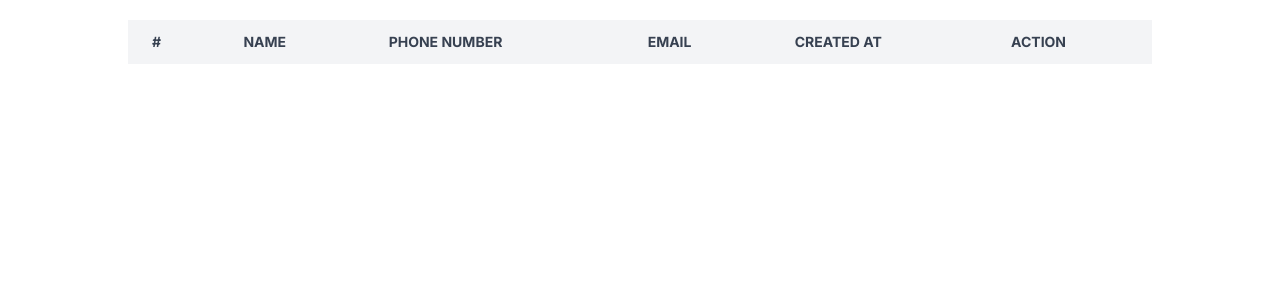
Repository: KilluaProject/crud-nextjs14
Page: /contacts
An editor plug-in stored every save of this project. The page is shown before and after the next save, followed by the edit.
The browser window is 1280 px wide. The pictures show the whole page.
The project was rebuilt for these pictures with package versions that can differ from the ones it lists, and the page was loaded fresh each time. The framework's server and built-in components were replaced by stand-ins that run in the browser. Also part of the build but not shown: next.config.mjs.

Above is the page before, as saved 2024-06-30 11:32:43.

After the next save:
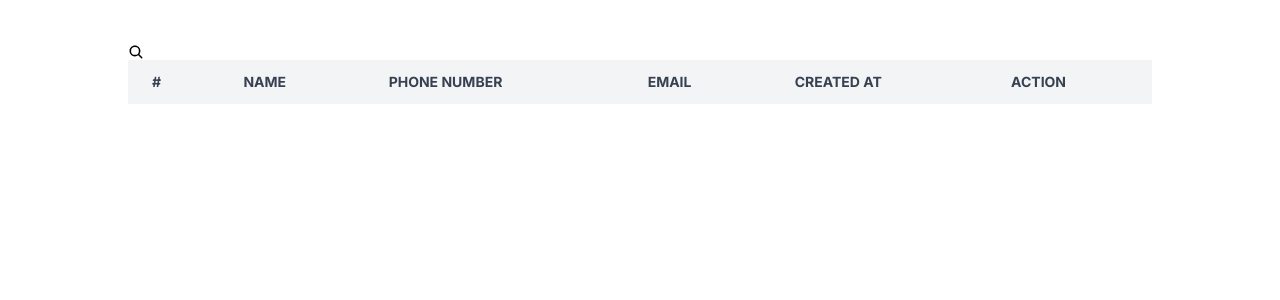
Saved 29 s later.
--- a/app/contacts/page.tsx
+++ b/app/contacts/page.tsx
@@ -1,11 +1,12 @@
 import ContactsTable from '@/components/ContactsTable'
+import Search from '@/components/Search'
 
 
 const ContactsPage = () => {
   return (
     <div className='max-w-screen-lg mx-auto mt-5'>
         <div>
-
+            <Search/>
         </div>
         <ContactsTable/>
     </div>
